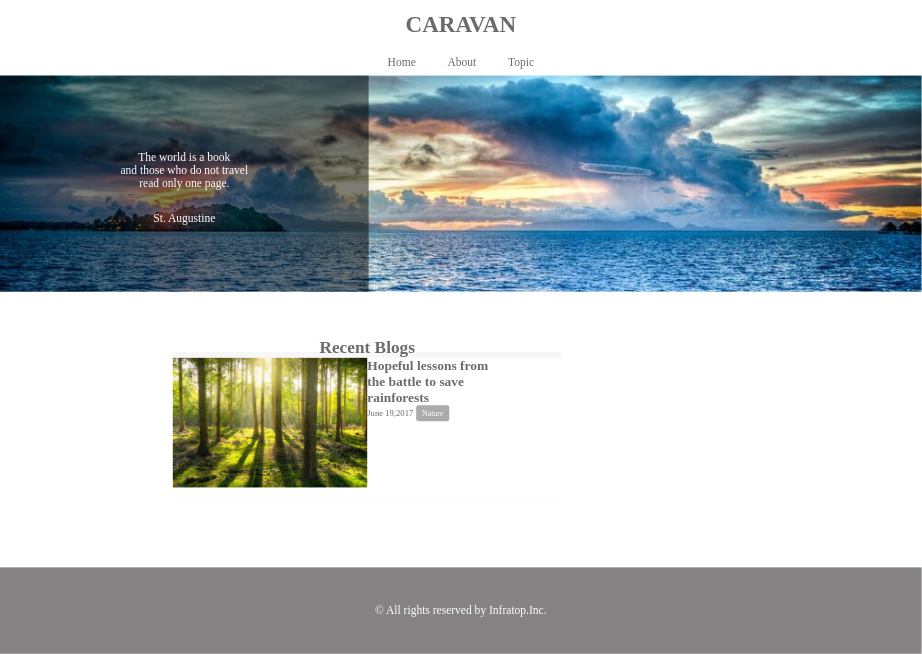
Repository: Souax/prac_20231021
Page: caravan/index.html
The author's editor kept a record of every edit. The page is drawn from the files as they stood at one moment, then again after the next edit.
The browser window is 1280 px wide. The pictures show the whole page, at 72% of full size.

Above is the page before.

### caravan/index.html
<!DOCTYPE html>
<html lang="ja">
  <head>
    <meta charset="UTF-8">
    <link rel="stylesheet" href="style.css">
    <title>CARAVAN</title>
  </head>

  <body>
    <header>
      <h1 class="heading">
        <a href="index.html">
        CARAVAN
        </a>
      </h1>
    </header>

    <nav>
      <ul class="nav-list">
        <li class="nav-list-item">
          <a href="index.html">Home</a>
        </li>
        <li class="nav-list-item">About</li>
        <li class="nav-list-item">Topic</li>
      </ul>
    </nav>

    <div class="main-visual">
      <div class="main-visual-content">
        <p class="main-visual-text">
          The world is a book <br />
          and those who do not travel<br />
          read only one page.
        </p>
        <p class="main-visual-name">
          St. Augustine
        </p>
      </div>
    </div>

<main>
  <section class="blog">
    <h2 class="blog-heading">Recent Blogs</h2>

    <div class="blog-box">
    <div class="blog-item">
      <img class="blog-image" src="img/forest.jpg">
      <section class="blog-text">
        <h3 class="blog-text-heading">
          <a href="single.html">
            Hopeful lessons from<br>
            the battle to save<br>
            rainforests
          </a>
        </h3>
        <p class="blog-date">June 19,2017</p>
        <span class="category">Nature</span>
      </section>
      </div>
    </div>
  </section>
  <div class="sidebar"></div>
</main>

<footer>
  <p class="footer-text">© All rights reserved by Infratop.Inc.</p>
  </footer>
  </body>
  </html>

### caravan/style.css
*{
  margin:0;
  padding:0;
  box-sizing:border-box;
  color:#6c6b6b;
}

a{
  text-decoration:none;
}

header{
  width:90%;
  padding:15px 0;
  margin:0 auto;
  text-align:center;
}

header .heading{
  font-size:32px;
}

.nav-list{
  text-align:center;
  padding:10px 0;
  margin:0 auto;
}

.nav-list-item{
  list-style: none;
  display:inline-block;
  margin:0 20px;
}

.main-visual{
  width:100%;
  height:300px;
  background-image:url(img/mv.jpg);
  background-size:cover;
  background-position:center;
}

.main-visual-content{
  width:40%;
  height:300px;
  background-color:rgba(0,0,0,0.5);
  text-align:center;
  padding-top:105px;
}

.main-visual-text{
  color:#fff;
}

.main-visual-name{
  margin-top:30px;
  color:#fff;
}

main{
  width:800px;
  display:flex;
  justify-content:center;
  margin:0 auto;
  padding:70px 0;
}

.blog{
  width:540px;
  margin-right:30px;
}

.blog-heading{
  border-bottom:8px solid #f7f7f7;
  text-align:center;
  line-height:0.6;
}

.blog-item{
  padding-bottom:20px;
  margin-bottom:20px;
  border-bottom:1px solid #f7f7f7;
  display:flex;
  justify-content:flex-start;
}

.blog-image{
  height:180px;
}

.blog-date{
  font-size:12px;
  display:inline-block;
}

.category{
  display:inline-block;
  padding:5px 8px;
  background-color:#acabab;
  border-radius:3px;
  color:#fff;
  font-size:11px;

}

.sidebar{
  width:230px;
}

footer{
  width:100%;
  height:120px;
  text-align:center;
  line-height:120px;
  background-color:#848282;
}

.footer-text{
  color:#fff;
}

After the next edit:
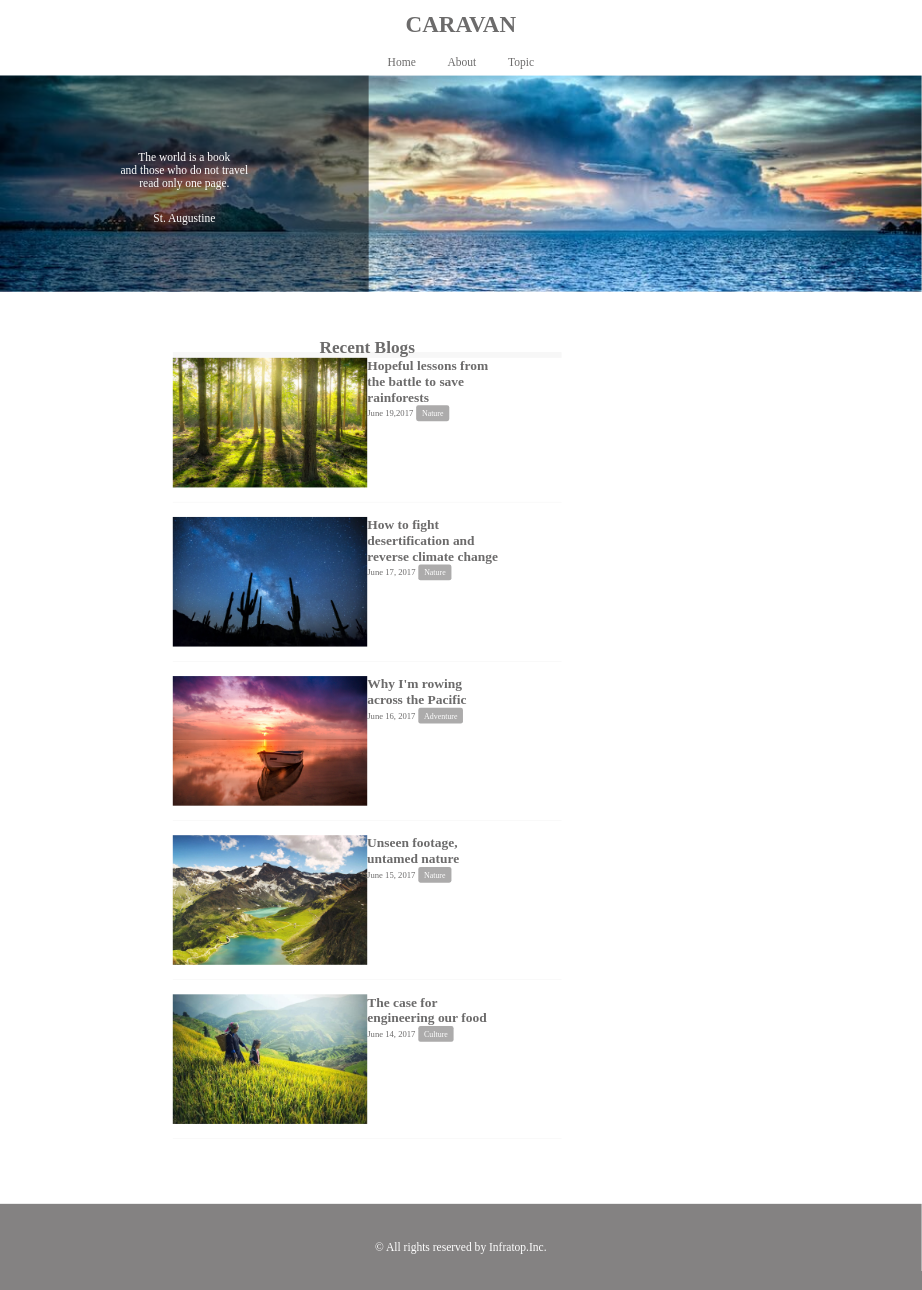
The edit:
--- a/caravan/index.html
+++ b/caravan/index.html
@@ -57,10 +57,63 @@
         <span class="category">Nature</span>
       </section>
       </div>
-    </div>
-  </section>
-  <div class="sidebar"></div>
-</main>
+      <div class="blog-item">
+            <img class="blog-image" src="img/desert.jpg" />
+            <section class="blog-text">
+              <h3 class="blog-text-heading">
+                <a href="single.html">
+                  How to fight<br>
+                  desertification and<br>
+                  reverse climate change
+                </a>
+              </h3>
+              <p class="blog-date">June 17, 2017</p>
+              <span class="category">Nature</span>
+            </section>
+          </div>
+          <div class="blog-item">
+            <img class="blog-image" src="img/sunset.jpg" />
+            <section class="blog-text">
+              <h3 class="blog-text-heading">
+                <a href="single.html">
+                  Why I'm rowing<br>
+                  across the Pacific
+                </a>
+              </h3>
+              <p class="blog-date">June 16, 2017</p>
+              <span class="category">Adventure</span>
+            </section>
+          </div>
+          <div class="blog-item">
+            <img class="blog-image" src="img/italy.jpg" />
+            <section class="blog-text">
+              <h3 class="blog-text-heading">
+                <a href="single.html">
+                  Unseen footage,<br>
+                  untamed nature
+                </a>
+              </h3>
+              <p class="blog-date">June 15, 2017</p>
+              <span class="category">Nature</span>
+            </section>
+          </div>
+          <div class="blog-item">
+            <img class="blog-image" src="img/asia.jpg" />
+            <section class="blog-text">
+              <h3 class="blog-text-heading">
+                <a href="single.html">
+                  The case for<br>
+                  engineering our food
+                </a>
+              </h3>
+              <p class="blog-date">June 14, 2017</p>
+              <span class="category">Culture</span>
+            </section>
+            </div>
+            </div>
+            </section>
+            <div class="sidebar"></div>
+            </main>
 
 <footer>
   <p class="footer-text">© All rights reserved by Infratop.Inc.</p>
